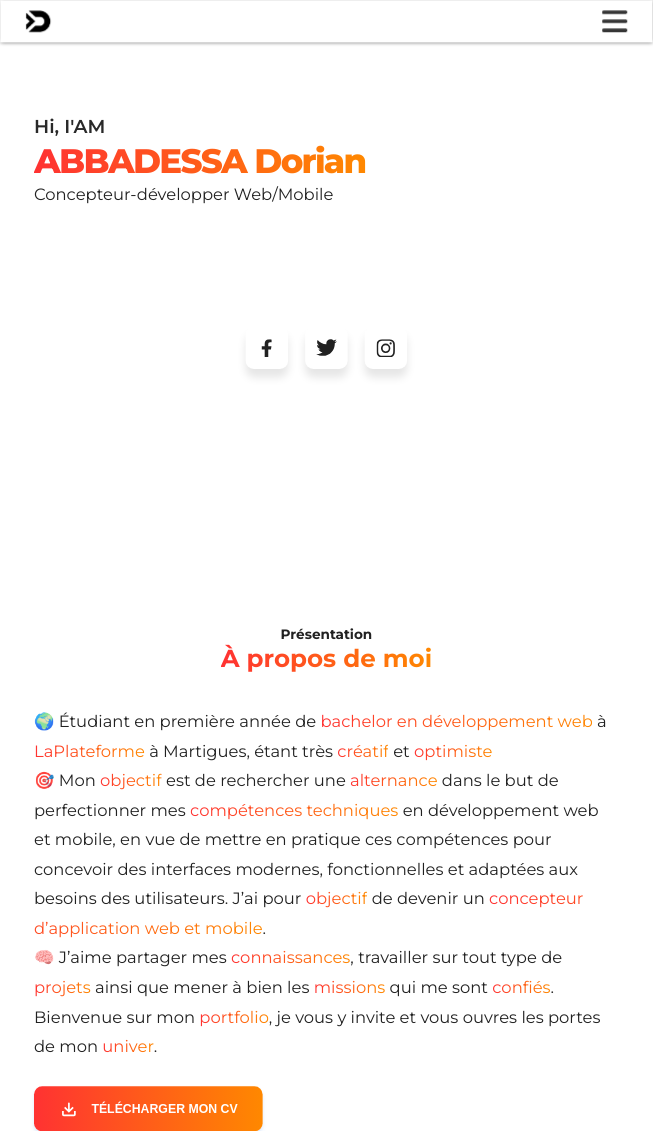
Repository: DorianABDS/Portfolio-ABBADESSA-Dorian
Page: index.html
The author's editor kept a copy of each file at every save. The page is drawn from the files as they stood at one save, then again after the next save.
The browser window is 768 px wide. The pictures show the whole page, at 85% of full size.

Above is the page before, as saved 2024-11-27 20:33:34.

### index.html
<!DOCTYPE html>
<html lang="fr">
<head>
    <meta charset="UTF-8">
    <meta name="viewport" content="width=device-width, initial-scale=1.0">
    <meta charset="UTF-8">
    <meta name="viewport" content="width=device-width, initial-scale=1.0">
    <meta name="keywords" content="Portfolio, ABBADESSA Dorian, Web developper">
    <title>ABBADESSA Dorian - Portfolio</title>
    <link rel="shortcute icon" href="/src/img/Logo Div.png">
    <link rel="stylesheet" href="style.css">
</head>
<body>
    <header class="header">
        <nav class="navbar">
            <a href="index.html" class="logo"><img src="/src/img/Logo plat Div noir.png" alt=""></a>
            <div class="nav-links">
                <ul>
                    <li><a href="index.html">Accueil</a></li>
                    <li><a href="articles.html">Articles</a></li>
                    <li><a href="apropos.html">À propos</a></li>
                    <li><a href="contact.html">Contact</a></li>
                </ul>
            </div>
            <img src="/src/img/bars-solid.svg" alt="menu hamburger" class="menu-hamburger">
        </nav>
        <!-- <div class="social">
            <a href="#" title="Facebook"><img src="/src/img/icone Github.png" alt=""></a>
            <a href="#" title="Twitter"><img src="src/img/icone Linkedin.png" alt=""></a>
        </div> -->
    </header>
    <main>
        <section class="accueil">
            <div class="container-accueil">
                <h2>Hi, I'AM</h2>
                <h1><span>ABBADESSA Dorian</span></h1>
                <p>Concepteur-développer Web/Mobile</p>
                <div class="social">
                    <ul class="wrapper">
                        <li class="icon facebook">
                          <span class="tooltip">Facebook</span>
                          <svg
                            viewBox="0 0 320 512"
                            height="1.2em"
                            fill="currentColor"
                            xmlns="http://www.w3.org/2000/svg"
                          >
                            <path
                              d="M279.14 288l14.22-92.66h-88.91v-60.13c0-25.35 12.42-50.06 52.24-50.06h40.42V6.26S260.43 0 225.36 0c-73.22 0-121.08 44.38-121.08 124.72v70.62H22.89V288h81.39v224h100.17V288z"
                            ></path>
                          </svg>
                        </li>
                        <li class="icon twitter">
                          <span class="tooltip">Twitter</span>
                          <svg
                            height="1.8em"
                            fill="currentColor"
                            viewBox="0 0 48 48"
                            xmlns="http://www.w3.org/2000/svg"
                            class="twitter"
                          >
                            <path
                              d="M42,12.429c-1.323,0.586-2.746,0.977-4.247,1.162c1.526-0.906,2.7-2.351,3.251-4.058c-1.428,0.837-3.01,1.452-4.693,1.776C34.967,9.884,33.05,9,30.926,9c-4.08,0-7.387,3.278-7.387,7.32c0,0.572,0.067,1.129,0.193,1.67c-6.138-0.308-11.582-3.226-15.224-7.654c-0.64,1.082-1,2.349-1,3.686c0,2.541,1.301,4.778,3.285,6.096c-1.211-0.037-2.351-0.374-3.349-0.914c0,0.022,0,0.055,0,0.086c0,3.551,2.547,6.508,5.923,7.181c-0.617,0.169-1.269,0.263-1.941,0.263c-0.477,0-0.942-0.054-1.392-0.135c0.94,2.902,3.667,5.023,6.898,5.086c-2.528,1.96-5.712,3.134-9.174,3.134c-0.598,0-1.183-0.034-1.761-0.104C9.268,36.786,13.152,38,17.321,38c13.585,0,21.017-11.156,21.017-20.834c0-0.317-0.01-0.633-0.025-0.945C39.763,15.197,41.013,13.905,42,12.429"
                            ></path>
                          </svg>
                        </li>
                        <li class="icon instagram">
                          <span class="tooltip">Instagram</span>
                          <svg
                            xmlns="http://www.w3.org/2000/svg"
                            height="1.2em"
                            fill="currentColor"
                            class="bi bi-instagram"
                            viewBox="0 0 16 16"
                          >
                            <path
                              d="M8 0C5.829 0 5.556.01 4.703.048 3.85.088 3.269.222 2.76.42a3.917 3.917 0 0 0-1.417.923A3.927 3.927 0 0 0 .42 2.76C.222 3.268.087 3.85.048 4.7.01 5.555 0 5.827 0 8.001c0 2.172.01 2.444.048 3.297.04.852.174 1.433.372 1.942.205.526.478.972.923 1.417.444.445.89.719 1.416.923.51.198 1.09.333 1.942.372C5.555 15.99 5.827 16 8 16s2.444-.01 3.298-.048c.851-.04 1.434-.174 1.943-.372a3.916 3.916 0 0 0 1.416-.923c.445-.445.718-.891.923-1.417.197-.509.332-1.09.372-1.942C15.99 10.445 16 10.173 16 8s-.01-2.445-.048-3.299c-.04-.851-.175-1.433-.372-1.941a3.926 3.926 0 0 0-.923-1.417A3.911 3.911 0 0 0 13.24.42c-.51-.198-1.092-.333-1.943-.372C10.443.01 10.172 0 7.998 0h.003zm-.717 1.442h.718c2.136 0 2.389.007 3.232.046.78.035 1.204.166 1.486.275.373.145.64.319.92.599.28.28.453.546.598.92.11.281.24.705.275 1.485.039.843.047 1.096.047 3.231s-.008 2.389-.047 3.232c-.035.78-.166 1.203-.275 1.485a2.47 2.47 0 0 1-.599.919c-.28.28-.546.453-.92.598-.28.11-.704.24-1.485.276-.843.038-1.096.047-3.232.047s-2.39-.009-3.233-.047c-.78-.036-1.203-.166-1.485-.276a2.478 2.478 0 0 1-.92-.598 2.48 2.48 0 0 1-.6-.92c-.109-.281-.24-.705-.275-1.485-.038-.843-.046-1.096-.046-3.233 0-2.136.008-2.388.046-3.231.036-.78.166-1.204.276-1.486.145-.373.319-.64.599-.92.28-.28.546-.453.92-.598.282-.11.705-.24 1.485-.276.738-.034 1.024-.044 2.515-.045v.002zm4.988 1.328a.96.96 0 1 0 0 1.92.96.96 0 0 0 0-1.92zm-4.27 1.122a4.109 4.109 0 1 0 0 8.217 4.109 4.109 0 0 0 0-8.217zm0 1.441a2.667 2.667 0 1 1 0 5.334 2.667 2.667 0 0 1 0-5.334z"
                            ></path>
                          </svg>
                        </li>
                      </ul>
                </div>
        </section>
        <section class="about-me">
            <div class="container-about-me">
                <h2>Présentation</h2>
                <h1><span>À propos de moi</span></h1>
            </div>
            <div class="card-me"></div>
            <div class="texte-about-me"><p>🌍 Étudiant en première année de <span>bachelor en développement web</span> à <span>LaPlateforme</span> à Martigues, étant très <span>créatif</span> et <span>optimiste</span>
              <br>
              🎯 Mon <span>objectif</span> est de rechercher une <span>alternance</span> dans le but de perfectionner mes <span>compétences techniques</span> en développement web et mobile, en vue de mettre en pratique ces compétences pour  concevoir des interfaces modernes, fonctionnelles et adaptées aux besoins des utilisateurs. J’ai pour <span>objectif</span> de devenir un <span>concepteur d’application web et mobile</span>.
              <br>
              🧠 J’aime partager mes <span>connaissances</span>, travailler sur tout type de <span>projets</span> ainsi que mener à bien les <span>missions</span> qui me sont <span>confiés</span>.
              <br>
              Bienvenue sur mon <span>portfolio</span>, je vous y invite et vous ouvres les portes de mon <span>univer</span>.
              </p></div>
        </section>
        <button>
            <svg
                width="24"
                height="24"
                viewBox="0 0 24 24"
                fill="none"
                xmlns="http://www.w3.org/2000/svg"
                >
                <path
                    d="M11 5C11 4.44772 11.4477 4 12 4C12.5523 4 13 4.44772 13 5V12.1578L16.2428 8.91501L17.657 10.3292L12.0001 15.9861L6.34326 10.3292L7.75748 8.91501L11 12.1575V5Z"
                    fill="currentColor"
                />
                <path
                    d="M4 14H6V18H18V14H20V18C20 19.1046 19.1046 20 18 20H6C4.89543 20 4 19.1046 4 18V14Z"
                    fill="currentColor"
                />
                </svg>
            télécharger mon cv
          </button>
    </div>
    </main>
</body>
<script>
    const menuHamburger = document.querySelector(".menu-hamburger")
    const navLinks = document.querySelector(".nav-links")

    menuHamburger.addEventListener('click',()=>{
    navLinks.classList.toggle('mobile-menu')
    })
</script>
</html>

### style.css
@font-face {
    font-family: "Montserrat";
    src: url(/src/font/Montserrat-VariableFont_wght.ttf);
}

* {
    margin: 0;
    padding: 0;
    text-decoration: none;
    list-style: none;
    box-sizing: border-box;

}

html, body {
    font-size: 19.3px;
    color: rgba(0, 0, 0, .87);
    background-color: #fff;
    font-family: "Montserrat", sans-serif;
    line-height: 1.8;
    font-weight: 400;
}

.navbar {
    background: rgb(255, 255, 255);
    box-shadow: 0 0 5px rgb(0, 0, 0);;
    top: 0;
    left: 0;
    height: 50px;
    width: auto;
    position: fixed;
    padding-left: 30px;
    padding-right: 61px;
    width: 100%;
    display: flex;
    justify-content: space-between;
    align-items: center;
    z-index: 100;
}

.navbar a {
    color: #292929;
    font-weight: 700;
    display: inline;
}

.navbar .nav-links ul li a::after {
    content: "";
    display: block;
    height: 2px;
    background: rgb(255, 255, 255);
    transform: scale(0);
    transition: transform 0.2s ease-in-out;
}

.navbar .nav-links ul li a:hover::after {
    transform: scale(1);
}

.navbar .logo {
    transform: none;
    font-weight: 700;
}

.navbar .nav-links ul {
    display: flex;
    align-items: center;
}

.navbar .nav-links ul li {
    display: flex;
    margin: 0 25px;
}

.navbar .nav-links ul li img {
    display: flex;
    padding: -20px;
    margin-left: -23px;
}

.navbar .menu-hamburger {
    display: none;
    position: absolute;
    top: 8px;
    right: 30px;
    width: 30px;
}

.accueil {
    padding-top: 80px;
    margin-top: 50px;
    width: 100%;
    height: 100vh;
}

button {
    border: none;
    display: flex;
    margin-right: 20px;
    padding: 0.75rem 1.5rem;
    background: linear-gradient(90deg, rgba(255,50,50,1) 0%, rgba(255,136,0,1) 100%);
    color: #ffffff;
    font-size: 0.75rem;
    line-height: 1rem;
    font-weight: 700;
    text-align: center;
    cursor: pointer;
    text-transform: uppercase;
    vertical-align: middle;
    align-items: center;
    border-radius: 0.5rem;
    user-select: none;
    gap: 0.75rem;
    box-shadow:
      0 4px 6px -1px #488aec31,
      0 2px 4px -1px #488aec17;
    transition: all 0.6s ease;
  }

  button:hover {
    box-shadow:
      0 10px 15px -3px #488aec4f,
      0 4px 6px -2px #488aec17;
  }

  button:focus,
  button:active {
    opacity: 0.85;
    box-shadow: none;
  }

  button svg {
    width: 1.25rem;
    height: 1.25rem;
  }

.about-me {
    display: flex;
    justify-content: center;
    text-align: center;
  }

  .wrapper {
    display: inline-flex;
    list-style: none;
    width: 100%;
    padding-top: 40px;
    font-family: "Montserrat", sans-serif;
    justify-content: center;
  }

  .wrapper .icon {
    position: relative;
    background: #fff;
    border-radius: 0.5rem;
    margin: 10px;
    width: 50px;
    height: 50px;
    font-size: 18px;
    display: flex;
    justify-content: center;
    align-items: center;
    flex-direction: column;
    box-shadow: 0 10px 10px rgba(0, 0, 0, 0.1);
    cursor: pointer;
    transition: all 0.2s cubic-bezier(0.68, -0.55, 0.265, 1.55);
  }

  .wrapper .tooltip {
    position: absolute;
    top: 0;
    font-size: 14px;
    background: #fff;
    color: #fff;
    padding: 5px 8px;
    border-radius: 5px;
    box-shadow: 0 10px 10px rgba(0, 0, 0, 0.1);
    opacity: 0;
  }

  .wrapper .facebook:hover,
  .wrapper .facebook:hover .tooltip,
  .wrapper .facebook:hover .tooltip::before {
    background: #1877f2;
    color: #fff;
  }

  .wrapper .twitter:hover,
  .wrapper .twitter:hover .tooltip,
  .wrapper .twitter:hover .tooltip::before {
    background: #1da1f2;
    color: #fff;
  }

  .wrapper .instagram:hover,
  .wrapper .instagram:hover .tooltip,
  .wrapper .instagram:hover .tooltip::before {
    background: #e4405f;
    color: #fff;
  }

@media  screen and (max-width: 814px) {
    html, body {
        padding: 0 20px;
    }

    .navbar .menu-hamburger {
        display: block;
    }

    .nav-links.mobile-menu {
        margin-left: 0;
    }

    .navbar {
        padding: 0;
    }

    .navbar .logo {
        padding-left: 20px;
    }

    .navbar .logo img {
        display: flex;
        align-items: center;
        width: 50px;
    }

    .nav-links {
        position: absolute;
        background-color: #ffffff90;
        backdrop-filter: blur(8px);
        top: 0;
        left: 0;
        width: 100%;
        height: 100vh;
        display: flex;
        justify-content: center;
        align-items: center;
        margin-left: 100%;
        transition: all 0.5s ease;
    }

    .nav-links ul {
        display: flex;
        flex-direction: column;
        align-items: center;
    }

    .navbar .nav-links ul li {
        margin: 15px 0;
        font-size: 1.2em;
    }

    .accueil {
        height: 100%;
    }

    .accueil h2 {
        font-size: 22px;
        font-weight: 600;
        color: #292929;
    }

    .accueil h1 {
        display: inline-block;
        line-height: 100%;
        font-size: 40px;
        letter-spacing: -2px;
        font-weight: 800;
        background: linear-gradient(90deg, rgba(255,50,50,1) 0%, rgba(255,136,0,1) 100%);
        -webkit-background-clip: text;
        -webkit-text-fill-color: transparent;
    }

    .accueil p {
        height: 80px;
        line-height: 150%;
        margin-bottom: 80px;
    }

    .social {
        display: flex;
        justify-content: center;
    }

    .social a {
        display: flex;
        justify-content: center;
        margin: 0 10px;
        width: 30px;
    }

    .container-about-me h1 {
        font-size: 12;
        background: linear-gradient(90deg, rgba(255,50,50,1) 0%, rgba(255,136,0,1) 100%);
        -webkit-background-clip: text;
        -webkit-text-fill-color: transparent;
    }

    .container-about-me h2 {
        line-height: 5px;
        font-size: 16px;
    }

    .about-me {
        height: 100%;
        display: flex;
        align-items: center;
        flex-direction: column;
        padding-top: 300px;
    }

    .card {
        box-sizing: border-box;
        width: 300px;
        height: 500px;
        background: rgba(217, 217, 217, 0.58);
        border: 1px solid white;
        box-shadow: 12px 17px 51px rgba(0, 0, 0, 0.22);
        backdrop-filter: blur(6px);
        border-radius: 0.5rem;
        text-align: center;
        cursor: pointer;
        transition: all 0.5s;
        display: flex;
        align-items: center;
        justify-content: center;
        user-select: none;
        font-weight: bolder;
        color: black;
    }

    .about-me p {
        margin-top: 30px;
        text-align: start;

    }

    .about-me p span {
        margin-top: 30px;
        background: linear-gradient(90deg, rgba(255,50,50,1) 0%, rgba(255,136,0,1) 100%);
        -webkit-background-clip: text;
        -webkit-text-fill-color: transparent;
    }

    .wrapper {
        padding-top: 0;
    }

    button {
        margin-top: 30px;
    }
}

### src/img/bars-solid.svg
<svg xmlns="http://www.w3.org/2000/svg" viewBox="0 0 448 512" fill="#353535"><!--!Font Awesome Free 6.7.0 by @fontawesome - https://fontawesome.com License - https://fontawesome.com/license/free Copyright 2024 Fonticons, Inc.--><path d="M0 96C0 78.3 14.3 64 32 64l384 0c17.7 0 32 14.3 32 32s-14.3 32-32 32L32 128C14.3 128 0 113.7 0 96zM0 256c0-17.7 14.3-32 32-32l384 0c17.7 0 32 14.3 32 32s-14.3 32-32 32L32 288c-17.7 0-32-14.3-32-32zM448 416c0 17.7-14.3 32-32 32L32 448c-17.7 0-32-14.3-32-32s14.3-32 32-32l384 0c17.7 0 32 14.3 32 32z"/></svg>

After the next save:
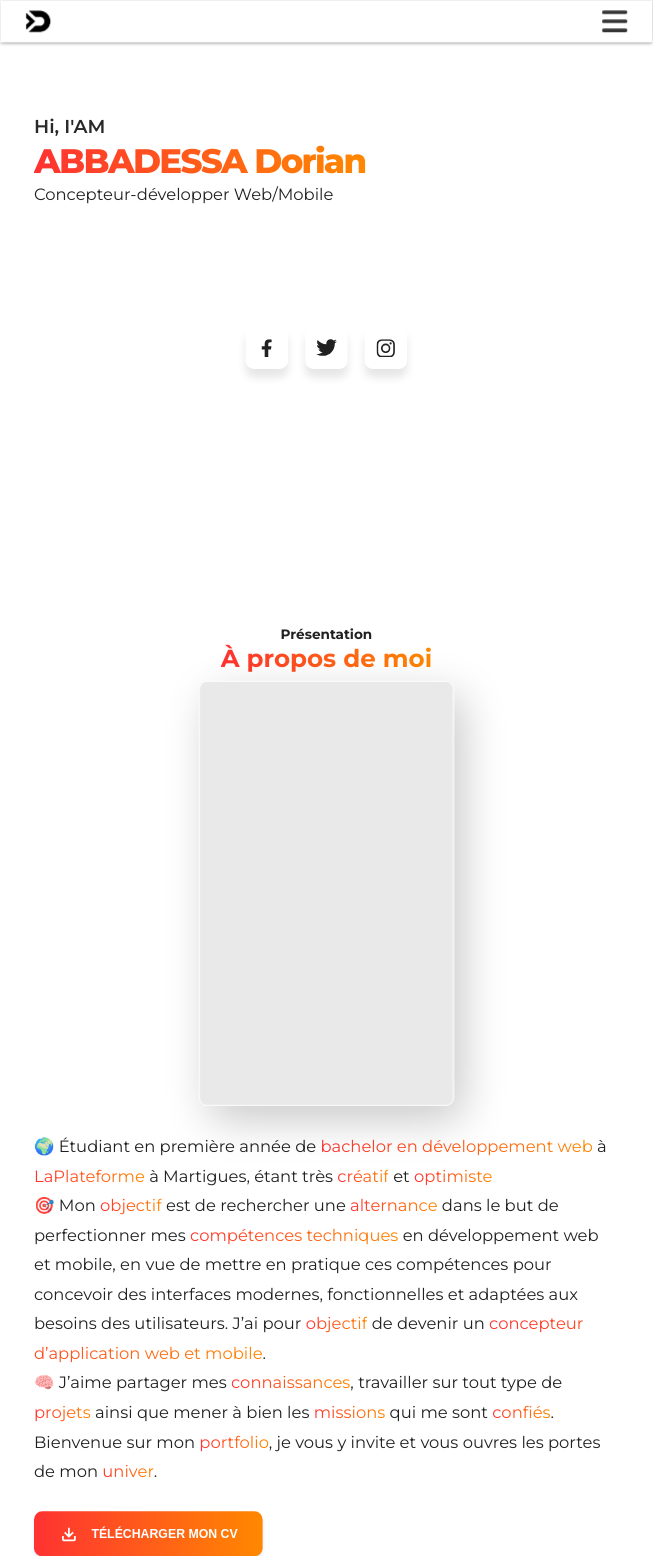
Saved 6 s later.
--- a/style.css
+++ b/style.css
@@ -311,7 +311,7 @@
         padding-top: 300px;
     }
 
-    .card {
+    .card-me {
         box-sizing: border-box;
         width: 300px;
         height: 500px;

After the save that followed:
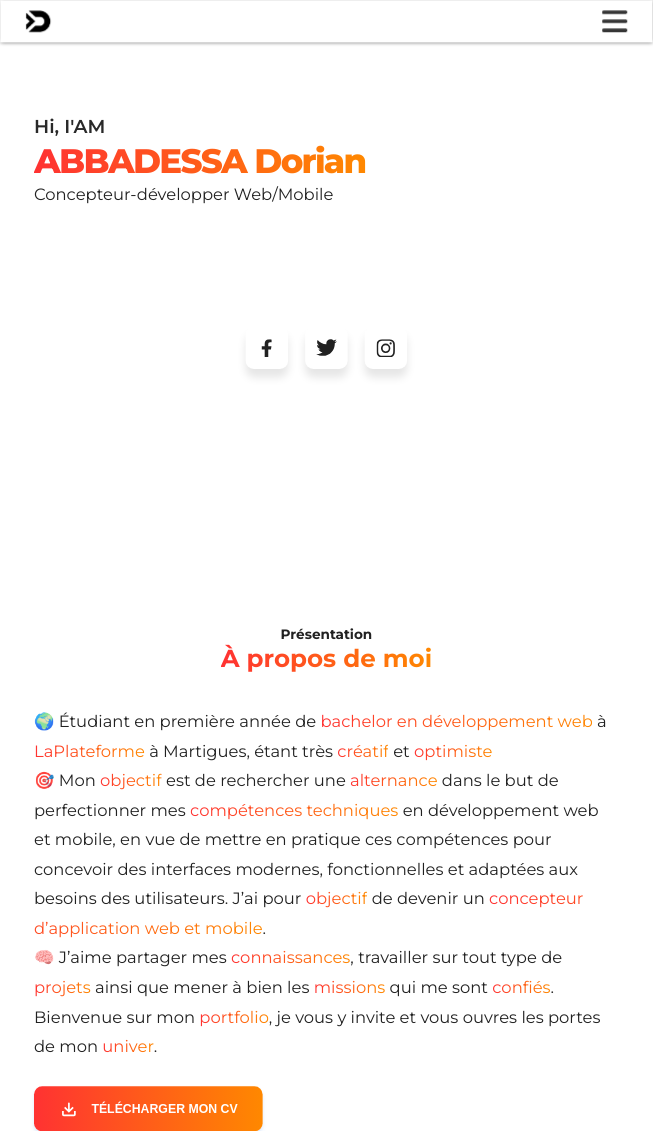
Saved 22 s later.
--- a/style.css
+++ b/style.css
@@ -311,7 +311,7 @@
         padding-top: 300px;
     }
 
-    .card-me {
+    .card-about-me {
         box-sizing: border-box;
         width: 300px;
         height: 500px;
